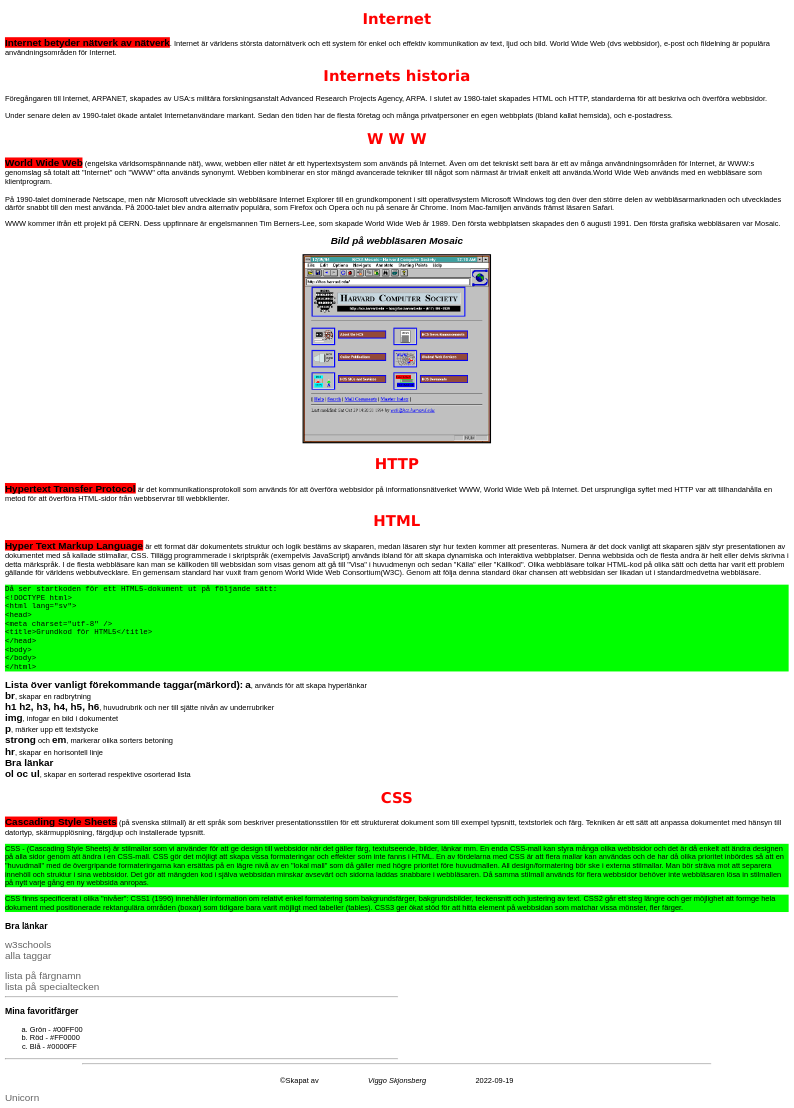
Repository: ViggoSkj/VGY
Page: ovningar/ovning3/ovning3.html
These files come from the project's save history. The page is drawn as it stood at one moment and after the next save; the edit follows.
The browser window is 1280 px wide. The pictures show the whole page, at 62% of full size.

Above is the page before, as saved 2022-11-27 11:38:53.

After the next save:
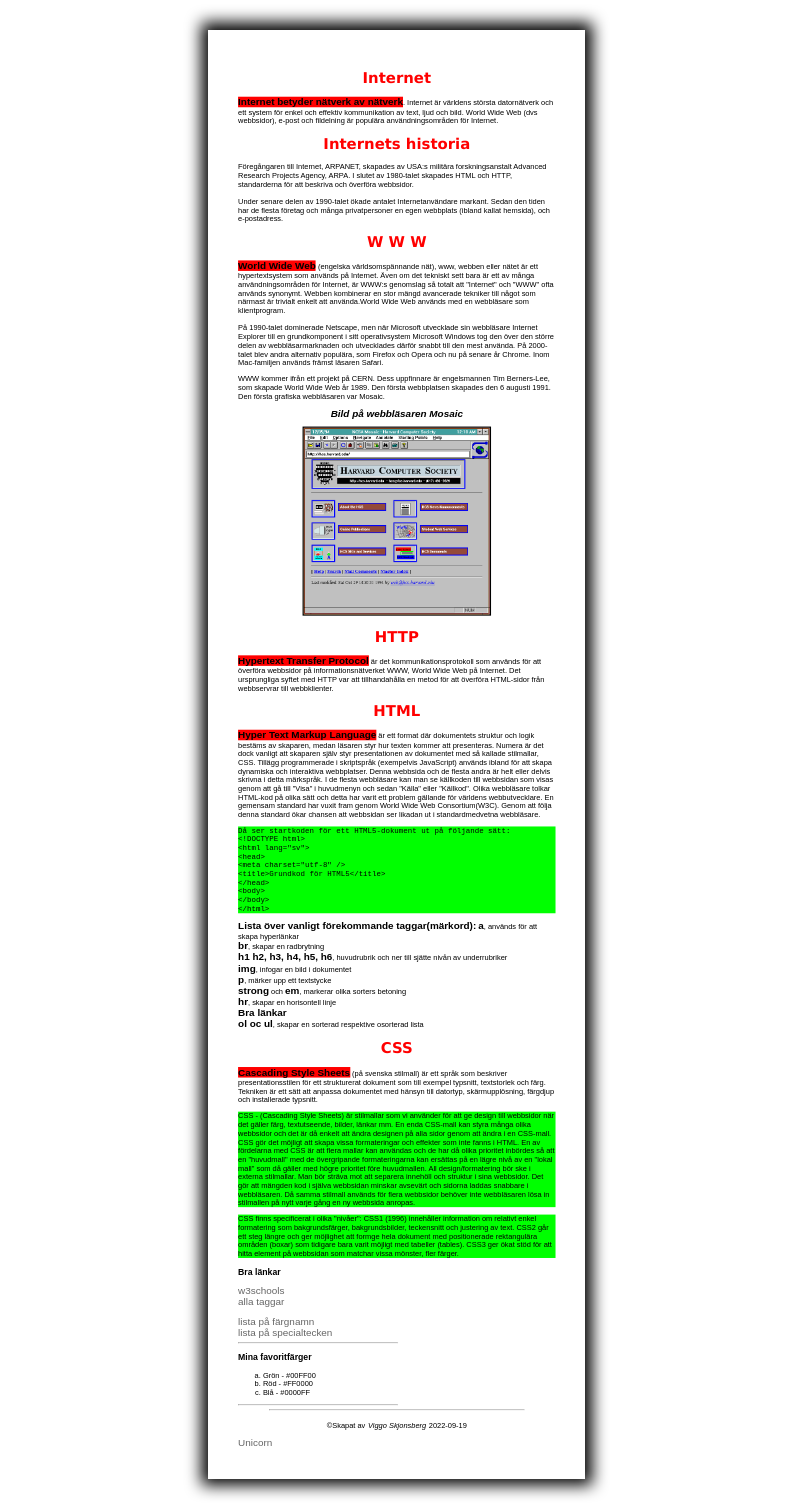
Saved 4 s later.
--- a/ovningar/ovning3/public/css/style.css
+++ b/ovningar/ovning3/public/css/style.css
@@ -1,8 +1,15 @@
 body
 {
-
     font-size: 12px;
     font-family: Arial, Helvetica, sans-serif;
+
+
+    width: 40%;
+    margin: auto;
+    margin-top: 4em;
+    margin-bottom: 4em;
+    box-shadow: black 0em 0em 2em 1em;
+    padding: 4em;
 }
 
 .container {
